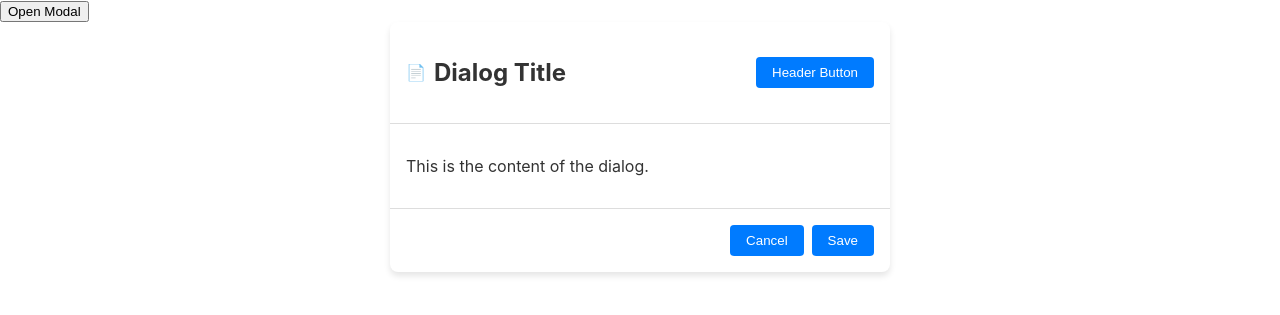
Repository: OliverKostic/dialog-app
Page: /, after clicking the first element matching `button`
These files come from the project's save history. The page is drawn as it stood at one moment and after the next save; the edit follows.
The browser window is 1280 px wide. The pictures show the whole page.
The project was rebuilt for these pictures with package versions that can differ from the ones it lists, and the page was loaded fresh each time.

Above is the page before, as saved 2024-11-28 12:02:41.

### src/App.tsx
import React, { useState } from 'react';
import Modal from './components/Modal/Modal';
import Button from './components/Modal/Button';

const App: React.FC = () => {
  const [isOpen, setIsOpen] = useState(false);

  const openModal = () => setIsOpen(true);
  const closeModal = () => setIsOpen(false);

  return (
    <div>
      <button onClick={openModal}>Open Modal</button>
      {isOpen && (
        <Modal
          title="Dialog Title"
          icon={<span>📄</span>}
          headerButtons={[<Button label="Header Button" onClick={() => alert('Header clicked!')} />]}
          footerButtons={[
            <Button label="Cancel" onClick={closeModal} />,
            <Button label="Save" onClick={() => alert('Saved!')} />,
          ]}
        >
          <p>This is the content of the dialog.</p>
        </Modal>
      )}
    </div>
  );
};

export default App;

### src/components/Modal/Modal.tsx
import React from 'react';
import Header from './Header';
import Footer from './Footer';
import Content from './Content';
import styles from './Modal.module.scss';

interface ModalProps {
  title: string;
  icon?: React.ReactNode;
  footerButtons?: React.ReactNode[];
  headerButtons?: React.ReactNode[];
  children: React.ReactNode;
}

const Modal: React.FC<ModalProps> = ({ title, icon, footerButtons, headerButtons, children }) => {
  return (
    <div className={styles.modal}>
      <Header title={title} icon={icon} buttons={headerButtons} />
      <Content>{children}</Content>
      <Footer buttons={footerButtons} />
    </div>
  );
};

export default Modal;

### src/components/Modal/Button.tsx
import React from 'react';
import styles from './Modal.module.scss';

interface ButtonProps {
  label: string;
  onClick: () => void;
}

const Button: React.FC<ButtonProps> = ({ label, onClick }) => {
  return (
    <button className={styles.button} onClick={onClick}>
      {label}
    </button>
  );
};

export default Button;

### src/components/Modal/Header.tsx
import React from 'react';
import styles from './Modal.module.scss';

interface HeaderProps {
  title: string;
  icon?: React.ReactNode;
  buttons?: React.ReactNode[];
}

const Header: React.FC<HeaderProps> = ({ title, icon, buttons }) => {
  return (
    <div className={styles.header}>
      {icon && <div className={styles.icon}>{icon}</div>}
      <h2>{title}</h2>
      <div className={styles.buttons}>
        {buttons?.map((button, index) => (
          <span key={index}>{button}</span>
        ))}
      </div>
    </div>
  );
};

export default Header;

### src/components/Modal/Footer.tsx
import React from 'react';
import styles from './Modal.module.scss';

interface FooterProps {
  buttons?: React.ReactNode[];
}

const Footer: React.FC<FooterProps> = ({ buttons }) => {
  return (
    <div className={styles.footer}>
      {buttons?.map((button, index) => (
        <span key={index}>{button}</span>
      ))}
    </div>
  );
};

export default Footer;

### src/components/Modal/Content.tsx
import React from 'react';
import styles from './Modal.module.scss';

interface ContentProps {
  children: React.ReactNode;
}

const Content: React.FC<ContentProps> = ({ children }) => {
  return <div className={styles.content}>{children}</div>;
};

export default Content;

### src/components/Modal/Modal.module.scss
// Variables
$modal-bg: #ffffff;
$modal-shadow: 0 4px 6px rgba(0, 0, 0, 0.1);
$primary-color: #007bff;
$text-color: #333;

// Modal Container
.modal {
  width: 500px;
  margin: 0 auto;
  background-color: $modal-bg;
  border-radius: 8px;
  box-shadow: $modal-shadow;
  overflow: hidden;
  display: flex;
  flex-direction: column;
}

// Header
.header {
  padding: 16px;
  display: flex;
  align-items: center;
  justify-content: space-between;
  border-bottom: 1px solid #ddd;

  .icon {
    margin-right: 8px;
  }

  h2 {
    flex-grow: 1;
    color: $text-color;
  }

  .buttons {
    display: flex;
    gap: 8px;
  }
}

// Content
.content {
  padding: 16px;
  color: $text-color;
}

// Footer
.footer {
  padding: 16px;
  border-top: 1px solid #ddd;
  display: flex;
  justify-content: flex-end;
  gap: 8px;
}

// Button
.button {
  padding: 8px 16px;
  background-color: $primary-color;
  color: #fff;
  border: none;
  border-radius: 4px;
  cursor: pointer;
  transition: background-color 0.3s;

  &:hover {
    background-color: darken($primary-color, 10%);
  }
}

// Button Group
.buttonGroup {
  display: flex;
  gap: 8px;
}

Loaded but not shown: public/index.html (common file); src/index.tsx (common file); src/index.css (common file); src/reportWebVitals.ts (common file)

After the next save:
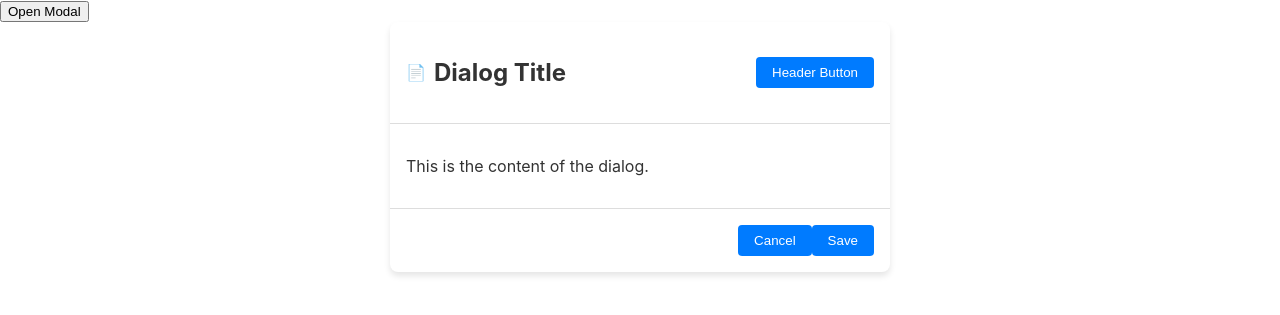
Saved 6 s later.
--- a/src/components/Modal/Footer.tsx
+++ b/src/components/Modal/Footer.tsx
@@ -3,14 +3,18 @@ import styles from './Modal.module.scss';
 
 interface FooterProps {
   buttons?: React.ReactNode[];
+  description?: string;
 }
 
-const Footer: React.FC<FooterProps> = ({ buttons }) => {
+const Footer: React.FC<FooterProps> = ({ buttons, description }) => {
   return (
     <div className={styles.footer}>
-      {buttons?.map((button, index) => (
-        <span key={index}>{button}</span>
-      ))}
+      {description && <p className={styles.description}>{description}</p>}
+      <div className={styles.buttons}>
+        {buttons?.map((button, index) => (
+          <span key={index}>{button}</span>
+        ))}
+      </div>
     </div>
   );
 };
